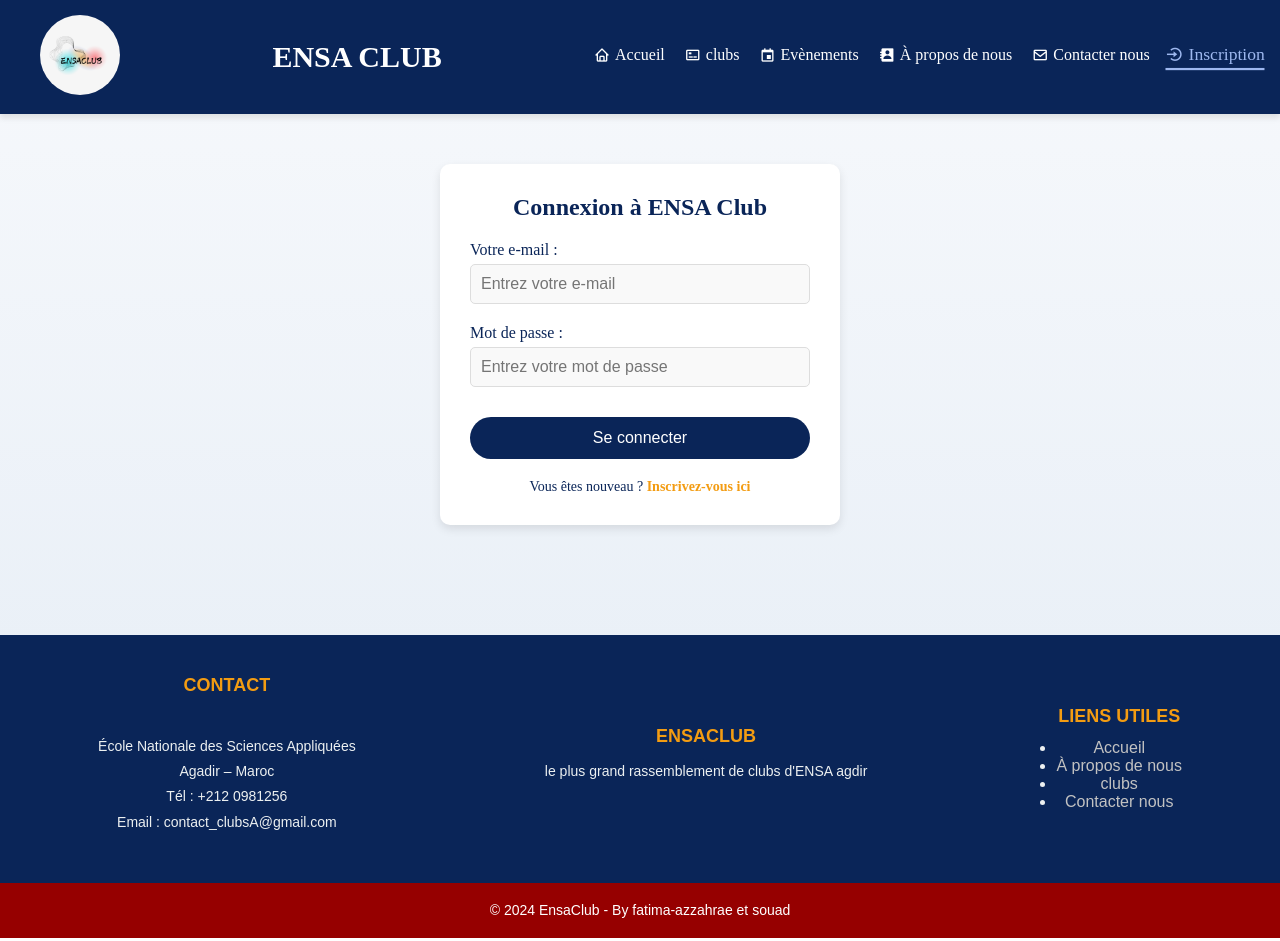
Repository: fati-smart/ENSAclub
Page: login.html
The author's editor kept a copy of each file at every save. The page is drawn from the files as they stood at one save, then again after a run of saves.
The browser window is 1280 px wide. The pictures show the whole page.

Above is the page before, as saved 2024-12-02 19:08:10.

### login.html
<!DOCTYPE html>
<html>

<head>
    <meta charset="UTF-8">
    <meta name="viewport" content="width=device-width, initial-scale=1.0">
    <link href='https://unpkg.com/boxicons@2.1.4/css/boxicons.min.css' rel="stylesheet" />
    <link rel="stylesheet" href="style.css">
    <title>login</title>
</head>

<body>
    <header class="header">
        <div><img src="logo.png" alt="logo"></div>
        <div class="titre"><a href="index.html"><p>ENSA CLUB</p></a></div>
        <nav>

          <ul>
            <li><a href="index.html">
              <i class='bx bx-home'></i></i>Accueil</a></li>
              <li><a href="club.html">
                <i class='bx bx-credit-card-front'></i>clubs</a></li>
              <li><a href="evenement.html">
                <i class='bx bx-calendar-event' ></i>Evènements</a></li>
              <li><a href="propos.html">
                <i class='bx bxs-contact'></i>À propos de nous</a></li>
              <li><a href="Contact.html">
                <i class='bx bx-envelope'></i>Contacter nous</a></li>
              <li><a href="inscrip.html" class="active">
                <i class='bx bx-log-in-circle'></i>Inscription</a></li>
          </ul>


        </nav>
    </header>


    <section class="connexion">
      <div class="logFormulaire">
        <h1 class="titre-logFormulaire">Connexion à ENSA Club</h1>
        <form action="profil.html">
          <div class="form-group">
            <label for="email">Votre e-mail :</label>
            <input type="email" name="email" id="email" placeholder="Entrez votre e-mail" required />
          </div>
          <div class="form-group">
            <label for="password">Mot de passe :</label>
            <input type="password" name="password" id="password" placeholder="Entrez votre mot de passe" required />
          </div>
          <button type="submit" class="btn-submit">Se connecter</button>
        </form>
        <p class="lien-nouveau">
          Vous êtes nouveau ? <a href="inscrip.html">Inscrivez-vous ici</a>
        </p>
      </div>
    </section>



    <footer class="footer">
        <div class="footer-container">
            <div class="footer-content">
              <ul>
                <h3>CONTACT</h3><br />
                <p>École Nationale des Sciences Appliquées<br /> Agadir – Maroc<br />
                Tél : +212 0981256<br />
                Email : contact_clubsA@gmail.com<br />
              </p>
              </ul>
            </div>
            <div class="footer-section-info">
              <ul>
                <h3>EnsaClub</h3>
              <p> le plus grand rassemblement de clubs d'ENSA agdir </p>
              </ul>
            </div>
            <div class="footer-content">
                <h3>Liens utiles</h3>
                 <ul class="list">
                    <li><a href="index.html">Accueil</a></li>
                    <li><a href="propos.html">À propos de nous</a></li>
                    <li><a href="club.html">clubs</a></li>
                    <li><a href="Contact.html">Contacter nous</a></li>
                 </ul>
            </div>
        </div>
        <div class="footer-bottom">
          <p>© 2024 EnsaClub - By fatima-azzahrae et souad</p>
        </div>
    </footer>
</body>

</html>

### style.css
* {
  margin: 0;
  padding: 0;
  box-sizing: border-box;
}

body {
  font-family: cursive;
  background-color: #f5f6fa;
  overflow-x: hidden;
  background: linear-gradient(to bottom, #f7f9fc, #e4ecf5);
}

/*******************************************HEADER************************************************/
.header {
  background-color: #0A2558;
  color: white;
  display: flex;
  align-items: center;
  justify-content: space-between;
  padding: 15px 20px;
  box-shadow: 0 4px 6px rgba(0, 0, 0, 0.1);
}

.header img {
  margin-left: 20px;
  width: 80px;
  height: 80px;
  border-radius: 50%;
}

.header .titre a {
  text-decoration: none;
  color: white;
  font-size: 26px;
  font-weight: bold;
}

nav ul {
  list-style: none;
  display: flex;
  gap: 20px;
}

nav ul li a {
  color: white;
  text-decoration: none;
  font-size: 16px;
  display: flex;
  align-items: center;
  gap: 5px;
  transition: color 0.3s ease-in-out;
}
.header .titre p{
  font-size: 30px;
  font-weight: bold;
  color: #ffffff;
  margin: 0;
}

nav ul li a:hover {
  color: #9eb8ef;
}

nav ul li a.active {
  border-bottom: 2px solid #9eb8ef;
  padding-bottom: 3px;
  color: #9eb8ef;
  transform: scale(1.1);

}
/*************************************section CLUB***********************************************/
.club{
  margin-top: 50px;
  display: flex;
  align-items: center;
  justify-content: center;
  flex-wrap: wrap;
}

.club .carteClub{
  width: 350px;
  height: 420px;
  background-color: #e9ebed;
  border-radius: 12px;
  margin-left: 30px;
  margin-right: 30px;
  box-shadow: 0 4px 6px rgba(0, 0, 0, 0.1);
  position: relative;
}

.club .carteClub .imageClub {
  width: 100%;
  height: 45%;
  margin-left: 15px;
  margin-right: 15px;
  align-items: center;
}

.club .carteClub .imageClub img{
  width: 90%;
  height: 90%;
  margin-top: 10px;
  border-radius: 12px;
}

.club .carteClub .text{
  width: 90%;
  height: 90%;
  margin-left: 10px;
  text-align: center;
}

.club .carteClub .text p{
  text-align: left;
}

.club .carteClub .text strong{
  font-size: 25px;
  font-family: 'Franklin Gothic Medium', 'Arial Narrow', Arial, sans-serif;
  color: #0A2558;
}

.club .carteClub .text .jointure{
  color: #143c85d7;
}

.carteClub button {
  position: absolute;
  bottom: 10px;
  right: 15px;
  padding: 10px 20px;
  background-color: #ff1100;
  color: #fff;
  border: none;
  border-radius: 5px;
  cursor: pointer;
  width: 90px;
}

.carteClub button:hover {
  background-color: #d91103e0;
  transform: scale(1.1);

}

/****************************************section EVENMENT****************************************/
.event {
  display: flex;
  flex-wrap: wrap;
  justify-content: center;
  padding: 20px;
  margin-top: 30px;
  align-items: center;
  border-radius: 12px;
  gap:  40px 15px;
  max-width: 1400px;

}

.carteEvent {
  width: 340px;
  display: flex;
  flex-direction: column;
  height: 200px;
  background: #fff;
  border-radius: 10px;
  box-shadow: 0 4px 8px rgba(0, 0, 0, 0.1);
  overflow: hidden;
  transition: height 0.3s ease, box-shadow 0.3s ease;
  padding: 10px;
  position: relative;
  text-align: center;
  margin-left: 20px;
  margin-right: 20px;
  margin-top: 20px;
  margin-bottom: 20px;

}

.carteEvent:hover {
  box-shadow: 0 6px 12px rgba(0, 0, 0, 0.15);
}

.carteEvent .titreC {
  margin-bottom: 7px;
  margin-top: 7px;
}

.carteEvent .titreC strong{
  font-size: 19.2px;
  font-weight: bold;
  color: #007bff;
}

.carteEvent .titre {
  margin-bottom: 7px;
}

.carteEvent strong{
  color: #ff1100;
}

.carteEvent .dets {
  text-align: left;
}

.carteEvent .dets strong{
  color: #000000;
}

.carteEvent .dets a{
  text-decoration: none;
  color:#09b32d ;
}

.carteEvent .dets a:hover{
  color:#00ff37 ;
  font-size: 16px;
}
/****************************************INSCRIPTION**********************************************/
.inscription {
  padding: 50px 20px;
  display: flex;
  justify-content: center;
  align-items: center;
}

.formulaire {
  background: #ffffff;
  border-radius: 10px;
  box-shadow: 0px 4px 10px rgba(0, 0, 0, 0.1);
  padding: 30px;
  max-width: 500px;
  width: 100%;
  animation: fadeIn 1s ease-in-out;
}

.titre-formulaire {
  font-size: 24px;
  font-weight: bold;
  text-align: center;
  color: #0A2558;
  margin-bottom: 20px;
}

.form-group {
  margin-bottom: 20px;
}

.form-group label {
  font-size: 16px;
  color: #0A2558;
  display: block;
  margin-bottom: 5px;
}

.form-group input {
  width: 100%;
  padding: 10px;
  font-size: 16px;
  border: 1px solid #ddd;
  border-radius: 5px;
  outline: none;
  transition: border-color 0.3s;
}

.form-group input:focus {
  border-color: #f39c12;
}

.btn-submit {
  background-color: #0A2558;
  color: #ffffff;
  padding: 12px 20px;
  font-size: 16px;
  border: none;
  border-radius: 25px;
  cursor: pointer;
  width: 100%;
  margin-top: 10px;
  transition: background-color 0.3s, transform 0.3s;
}

.btn-submit:hover {
  background-color: #072042;
  transform: translateY(-3px);
}

.lien-membre {
  text-align: center;
  margin-top: 20px;
  font-size: 14px;
  color: #0A2558;
}

.lien-membre a {
  color: #f39c12;
  text-decoration: none;
  font-weight: bold;
}

.lien-membre a:hover {
  text-decoration: underline;
}

@keyframes fadeIn {
  from {
    opacity: 0;
    transform: translateY(20px);
  }
  to {
    opacity: 1;
    transform: translateY(0);
  }
}

@media (max-width: 768px) {
  .formulaire {
    padding: 20px;
  }

  .btn-submit {
    font-size: 14px;
  }
}


/**********************************************login***********************************************/
.connexion {
  padding: 50px 20px;
  display: flex;
  justify-content: center;
  align-items: center;
}

.logFormulaire {
  background: #ffffff;
  border-radius: 10px;
  box-shadow: 0px 4px 10px rgba(0, 0, 0, 0.1);
  padding: 30px;
  max-width: 400px;
  width: 100%;
  animation: fadeIn 1s ease-in-out;
}

.titre-logFormulaire {
  font-size: 24px;
  font-weight: bold;
  text-align: center;
  color: #0A2558;
  margin-bottom: 20px;
}

.form-group {
  margin-bottom: 20px;
}

.form-group label {
  font-size: 16px;
  color: #0A2558;
  display: block;
  margin-bottom: 5px;
}

.form-group input {
  width: 100%;
  padding: 10px;
  font-size: 16px;
  border: 1px solid #ddd;
  border-radius: 5px;
  outline: none;
  transition: border-color 0.3s;
}

.form-group input:focus {
  border-color: #f39c12;
}

.btn-submit {
  background-color: #0A2558;
  color: #ffffff;
  padding: 12px 20px;
  font-size: 16px;
  border: none;
  border-radius: 25px;
  cursor: pointer;
  width: 100%;
  margin-top: 10px;
  transition: background-color 0.3s, transform 0.3s;
}

.btn-submit:hover {
  background-color: #072042;
  transform: translateY(-3px);
}

.lien-nouveau {
  text-align: center;
  margin-top: 20px;
  font-size: 14px;
  color: #0A2558;
}

.lien-nouveau a {
  color: #f39c12;
  text-decoration: none;
  font-weight: bold;
}

.lien-nouveau a:hover {
  text-decoration: underline;
}

@keyframes fadeIn {
  from {
    opacity: 0;
    transform: translateY(20px);
  }
  to {
    opacity: 1;
    transform: translateY(0);
  }
}

@media (max-width: 768px) {
  .logFormulaire {
    padding: 20px;
  }

  .btn-submit {
    font-size: 14px;
  }
}

/*********************************************PROFIL**********************************************/
.profil {
  max-width: 800px;
  margin: 50px auto;
  padding: 20px;
  background: #fff;
  box-shadow: 0 4px 8px rgba(0, 0, 0, 0.276);
  border-radius: 10px;
}

.section-title {
  font-size: 28px;
  color: #2c3e50;
  text-align: center;
  margin-bottom: 20px;
}

.form-title {
  font-size: 20px;
  color: #34495e;
  margin-bottom: 15px;
}

.form-subtitle {
  font-size: 18px;
  color: #7f8c8d;
  margin-bottom: 10px;
}

.profile-section {
  display: flex;
  align-items: center;
  gap: 20px;
  margin-bottom: 30px;
  border-bottom: 1px solid #ddd;
  padding-bottom: 20px;
}

.profile-picture img {
  width: 120px;
  height: 120px;
  border-radius: 50%;
  object-fit: cover;
  border: 3px solid #db343442;
}

.profile-info .profile-name {
  font-size: 18px;
  font-weight: bold;
  color: #34495e;
}

.profile-info .profile-email {
  font-size: 14px;
  color: #555;
}

.forms-profil {
  display: flex;
  flex-wrap: wrap;
  gap: 30px;
}

.account-info,
.security-settings {
  flex: 1;
  min-width: 300px;
}

.form-group {
  margin-bottom: 15px;
}

.form-group label {
  display: block;
  font-size: 14px;
  color: #555;
  margin-bottom: 5px;
}

.form-group input {
  width: 100%;
  padding: 10px;
  border: 1px solid #ddd;
  border-radius: 5px;
  font-size: 14px;
  background-color: #f9f9f9;
}

.form-group input:focus {
  outline: none;
  border-color: #3498db;
  box-shadow: 0 0 5px rgba(52, 152, 219, 0.5);
}

.save-button {
  background-color: #3498db;
  color: #fff;
  padding: 10px 20px;
  border: none;
  border-radius: 5px;
  cursor: pointer;
  font-size: 14px;
  display: inline-block;
}

.save-button:hover {
  background-color: #2980b9;
}

.clubs-section .club-name {
  font-size: 16px;
  color: #2c3e50;
  margin-left: 10px;
}

.clubs-table {
  width: 100%;
  border-collapse: collapse;
  margin-top: 20px;
}

th, td {
  border: 1px solid #ddd;
  padding: 8px;
  text-align: center;
}

th {
  background-color: #f4f4f4;
  font-weight: bold;
}

.delete-btn {
  background-color: #e74c3c;
  color: white;
  border: none;
  padding: 5px 10px;
  cursor: pointer;
  border-radius: 3px;
}

.delete-btn:hover {
  background-color: #c0392b;
}
i.bx.bx-chevrons-left {
  margin-top: 20px;
  margin-left: 20px;
  font-size: 80px;
  color: #0742b1;
  transition: color 0.3s, transform 0.3s;
}

i.bx.bx-chevrons-left:hover {
  color: #2980b9;
  transform: translateX(-5px);
}



/********************************a propos de nous************************************************/
.propos {
  padding: 50px 20px;
  color: #0A2558;
}

.propos-container {
  max-width: 800px;
  margin: 0 auto;
  text-align: center;
  animation: fadeIn 1s ease-in-out;
}

.propos-title {
  font-size: 36px;
  font-weight: bold;
  margin-bottom: 20px;
  color: #0A2558;
}

.propos-title span {
  color: #f39c12;
}

.propos-intro, .propos-objective, .propos-message, .propos-mission, .propos-footer {
  font-size: 18px;
  line-height: 1.6;
  margin-bottom: 20px;
}

.propos-list {
  list-style: none;
  padding: 0;
  margin: 20px 0;
  display: flex;
  justify-content: space-around;
  flex-wrap: wrap;
  gap: 10px;
}

.propos-list li {
  background: #f39c12;
  color: white;
  padding: 10px 20px;
  border-radius: 20px;
  font-size: 16px;
}

.propos-call-to-action {
  font-size: 18px;
  margin: 30px 0;
}

.propos-link {
  color: #f39c12;
  font-weight: bold;
  text-decoration: none;
}

.propos-link:hover {
  text-decoration: underline;
}

@keyframes fadeIn {
  from {
    opacity: 0;
    transform: translateY(20px);
  }
  to {
    opacity: 1;
    transform: translateY(0);
  }
}

/********************************************FOOTER*************************************************/
.footer {
  background-color: #0A2558;
  margin-top: 60px;
  color: #ecf0f1;
  font-family: Arial, sans-serif;
  text-align: center;
  padding: 0; /* Supprime les espaces autour */
}

.footer-container {
  display: flex;
  justify-content: space-around;
  align-items: center; /* Centre verticalement les contenus */
  flex-wrap: wrap;
  padding: 40px 20px; /* Augmente l'espacement interne */
  gap: 33px; /* Ajoute de l'espace entre les sections */
}

.footer-content,
.footer-section-info,
 {
  flex: 1; /* S'adapte à l'espace disponible */
  min-width: 300px;
  text-align: center; /* Centre horizontalement le texte */
  color: #c2c2c2;
}

.footer h3 {
  font-size: 18px;
  font-weight: bold;
  text-transform: uppercase;
  margin-bottom: 12px; /* Augmente l'espace sous le titre */
  color: #f39c12;
}

.footer p {
  font-size: 14px;
  line-height: 1.8; /* Augmente l'espacement entre les lignes */
  margin: 8px 0;
}

.footer a {
  color: #c2c2c2;
  text-decoration: none;
}

.footer a:hover {
  text-decoration: underline;
}

.footer-bottom {
  background-color: #960000;
  color: white;
  padding: 15px; /* Augmente l'espacement interne du footer-bottom */
  font-size: 12px;

  margin-top: 0; /* Supprime les marges entre le container et le footer-bottom */
}

.footer-bottom p {
  margin: 0; /* Supprime les marges supplémentaires */
  text-align: center;
}


/*****************************************CONTACT***************************************************/
.contact {
  padding: 40px 20px;
  text-align: center;
}

.contact-fieldset {
  border: 2px solid #0A2558;
  border-radius: 10px;
  padding: 30px;
  max-width: 600px;
  margin: 0 auto;
  box-shadow: 0px 4px 10px rgba(0, 0, 0, 0.1);
  background: #ffffff;
}

.contact-legend {
  font-size: 24px;
  font-weight: bold;
  color: #0A2558;
  padding: 0 10px;
  background: #f39c12;
  color: #ffffff;
  border-radius: 5px;
}

.form-group {
  margin-bottom: 20px;
  text-align: left;
}

.form-group label {
  font-size: 16px;
  color: #0A2558;
  display: block;
  margin-bottom: 5px;
}

.form-group input,
.form-group textarea {
  width: 100%;
  padding: 10px;
  font-size: 16px;
  border: 1px solid #ddd;
  border-radius: 5px;
  outline: none;
  transition: border-color 0.3s;
}

.form-group input:focus,
.form-group textarea:focus {
  border-color: #f39c12;
}

.btn-submit {
  background-color: #0A2558;
  color: #ffffff;
  padding: 12px 25px;
  font-size: 16px;
  border: none;
  border-radius: 25px;
  cursor: pointer;
  transition: background-color 0.3s, transform 0.3s;
}

.btn-submit:hover {
  background-color: #072042;
  transform: translateY(-3px);
}

@media (max-width: 768px) {
  .contact-fieldset {
    padding: 20px;
  }

  .btn-submit {
    width: 100%;
  }
}

After the next 2 saves:
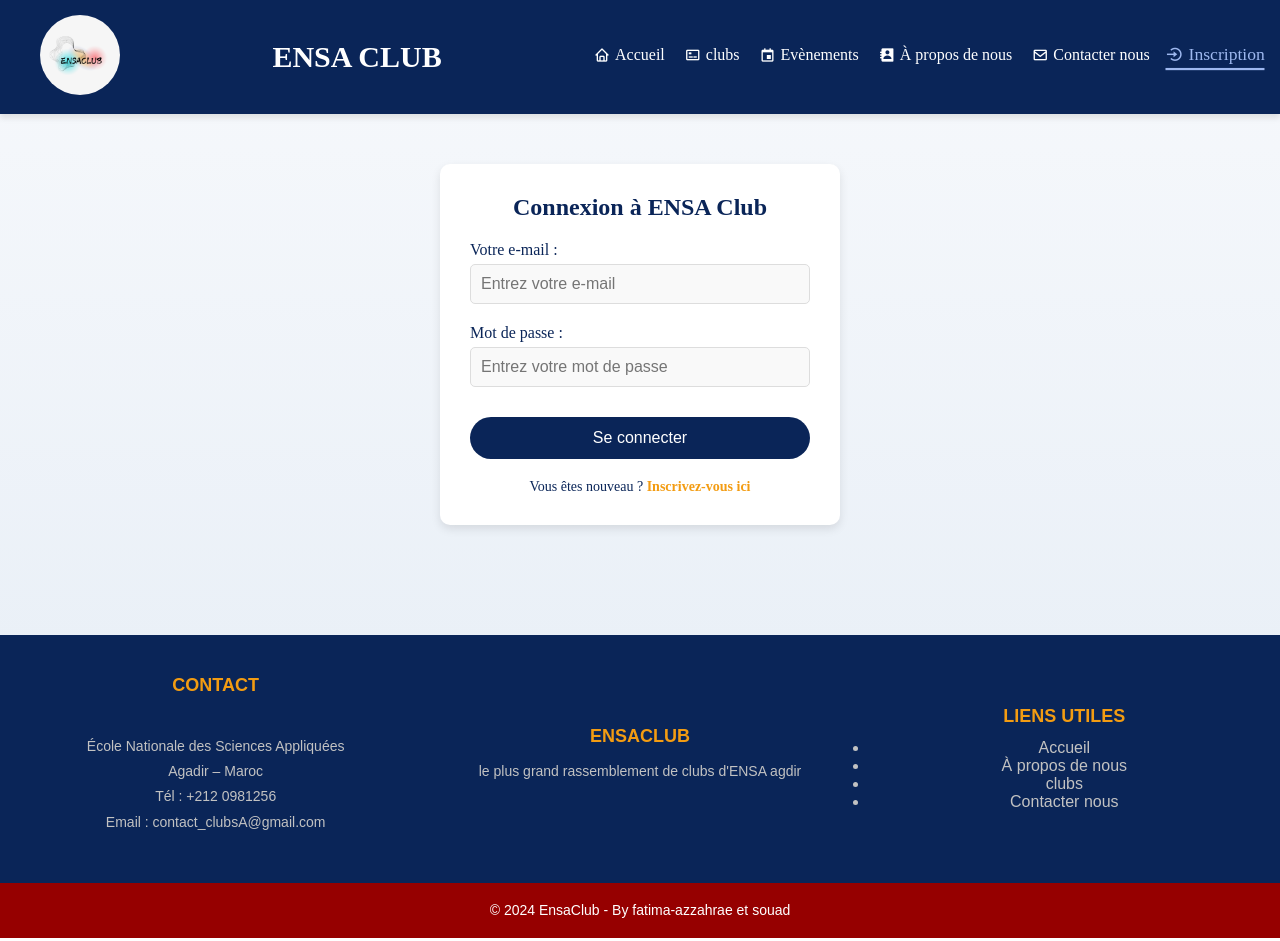
The 2 saves are shown as one change because they came seconds apart.
The last was saved 7 s later.
--- a/style.css
+++ b/style.css
@@ -687,8 +687,7 @@ i.bx.bx-chevrons-left:hover {
 }
 
 .footer-content,
-.footer-section-info,
- {
+.footer-section-info {
   flex: 1; /* S'adapte à l'espace disponible */
   min-width: 300px;
   text-align: center; /* Centre horizontalement le texte */
